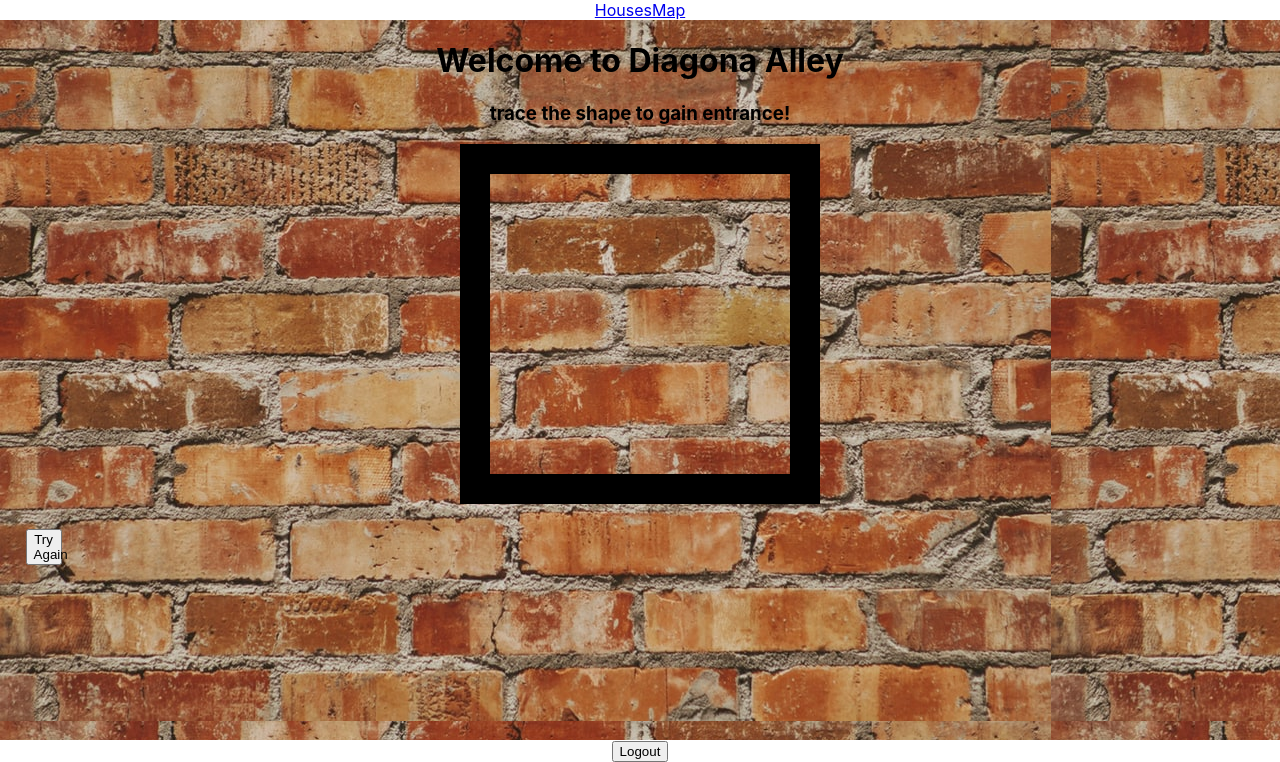
Repository: Brandon205/PotterGo
Page: /houses (app in client/)
An editor plug-in stored every save of this project. The page is shown before and after a run of saves, followed by the edit.
The browser window is 1280 px wide. The pictures show the whole page.
The project was rebuilt for these pictures with package versions that can differ from the ones it lists, and the page was loaded fresh each time. A package was used in the major version that the imports need, not the one package.json lists. Also part of the build but not shown: client/src/Homepage.jsx, client/src/Signup.js, client/src/Login.js, client/src/LoginPage.jsx, client/src/WandGenerator.jsx.

Above is the page before, as saved 2019-11-21 15:52:28.

### client/src/App.js
import React from 'react';
import './App.css';
import Axios from 'axios';
import {
  BrowserRouter as Router,
  Route,
  Link,
} from 'react-router-dom';
import DiagonAlley from './DiagonAlley';
import Homepage from './Homepage';
import LoginPage from './LoginPage';
import WandGenerator from './WandGenerator';

class App extends React.Component {
  state = {
    token: '',
    user: null,
    errorMessage: '',
    lockedResult: '',
    redirect: ''
  }

  checkForLocalToken = () => {
    // Look in LS for localtoken
    let token = localStorage.getItem('mernToken');
    if (!token || token === 'undefined') {
      // if no taken, remove all evidence of mernToken from LS and state
      localStorage.removeItem('mernToken');
      this.setState({ token: '', user: null });
    } else {
      // if token, verify token on backend
      Axios.post('/auth/me/from/token', { token })
      .then(res => {
        if (res.data.type === 'error') {
          localStorage.removeItem('mernToken');
          this.setState({ token: '', user: null, errorMessage: res.data.message });
        } else {
          // if verified store it back in LS and state
          localStorage.setItem('mernToken', res.data.token);
          this.setState({ token: res.data.token, user: res.data.user });
        }
      })
    }
  }

  componentDidMount = () => {
    this.checkForLocalToken()
  }

  liftToken = ({token, user}) => {
    this.setState({ token, user });
  }

  logout = () => {
    localStorage.removeItem('mernToken');
    this.setState({ token: '', user: null });
  }

  render() {
    return (
      <Router>
        <div className="App">
          <Link to='/houses'>Houses</Link>
          <Link to='/map'>Map</Link>
          <Route exact path='/' render={ () => <LoginPage liftToken={this.liftToken}/>}/>
          <Route exact path='/map' component={Homepage}/>
          <Route exact path='/houses' component={DiagonAlley}/>
          <Route exact path='/wand' component={WandGenerator}/>
          <button onClick={this.logout}>Logout</button>
        </div>
      </Router>
    );
  }
}

export default App;

### client/src/App.css
.App {
  text-align: center;
}

.App-logo {
  height: 40vmin;
}

.App-header {
  background-color: #282c34;
  min-height: 100vh;
  display: flex;
  flex-direction: column;
  align-items: center;
  justify-content: center;
  font-size: calc(10px + 2vmin);
  color: white;
}

.App-link {
  color: #09d3ac;
}

.backgroundDiv {
  display: flex;
  flex-flow: column;
  height: 100vh;
  width: 100vw;
  background-image: url('brick.jpg');
}

.container {
  display: flex;
  align-content: center;
  justify-content: center;
}

.diagonDiv {
  height: 300px;
  width: 300px;
  border: 30px solid black;
}

.innerDiv {
  height: 300px;
  width: 300px;
}

.tryAgain {
  margin: 2%;
  width: 5vh;
}

### client/src/DiagonAlley.jsx
import React, { useState, useEffect } from 'react'
import axios from 'axios'

function DiagonAlley () {
    const [X, setX] = useState(0)
    const [Y, setY] = useState(0)
    const [breaking, setBreaking] = useState(false)
    const [youFaileda, setyouFaileda] = useState('')

    function onMouseMove (event)  {
        setX(event.screenX)
        setY(event.screenY)
        console.log(X, Y)
    }

    function onMouseMoveTwo (event)  {
        setBreaking(true)
        setyouFaileda('The wall stays solid! Please try again!')
        console.log('You have failed')
    }

    function onClick (event) {

    }

    var youFailed;
    var youFailedFinal;
    if (breaking) {
        youFailed = youFaileda
        youFailedFinal = <h3>{youFailed}</h3>
    } else {
        youFailed = ''
    }
    return (
        <div className='backgroundDiv'>
            <div>
                <h1>Welcome to Diagona Alley</h1>
                <h3>trace the shape to gain entrance!</h3>
            </div>
            <div className='container'>
                <div onMouseMove={onMouseMove} className='diagonDiv'>
                <div onMouseDown={onMouseMoveTwo} className='innerDiv'></div>
                </div>
            </div>
            {youFailedFinal}
            <button onClick={onClick} className='tryAgain'>Try Again</button>
        </div>
    )
}

export default DiagonAlley

Loaded but not shown: client/public/index.html (common file); client/src/index.js (common file); client/src/index.css (common file); client/src/serviceWorker.js (common file)

After the next 2 saves:
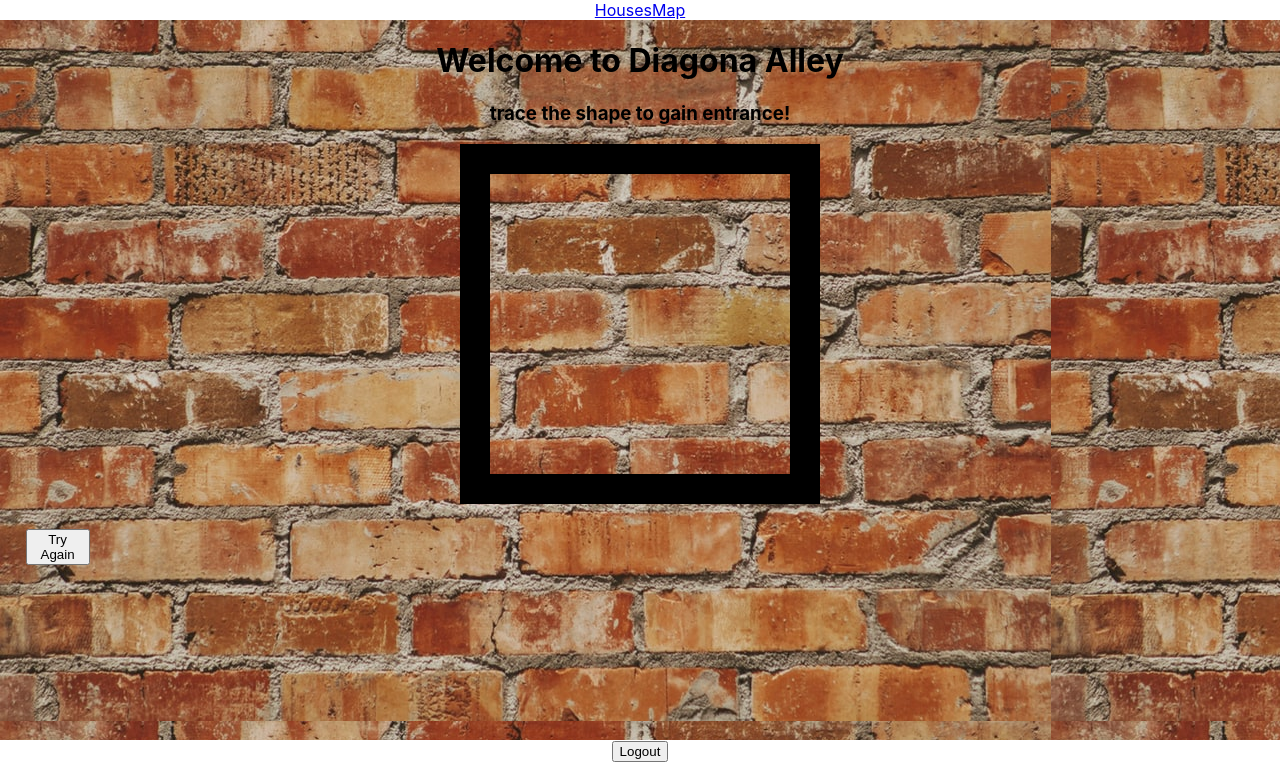
The 2 saves are shown as one change because they came seconds apart.
The last was saved 11 s later.
--- a/client/src/App.css
+++ b/client/src/App.css
@@ -48,5 +48,6 @@
 
 .tryAgain {
   margin: 2%;
-  width: 5vh;
+  width: 5vw;
+  height: 5vh;
 }
